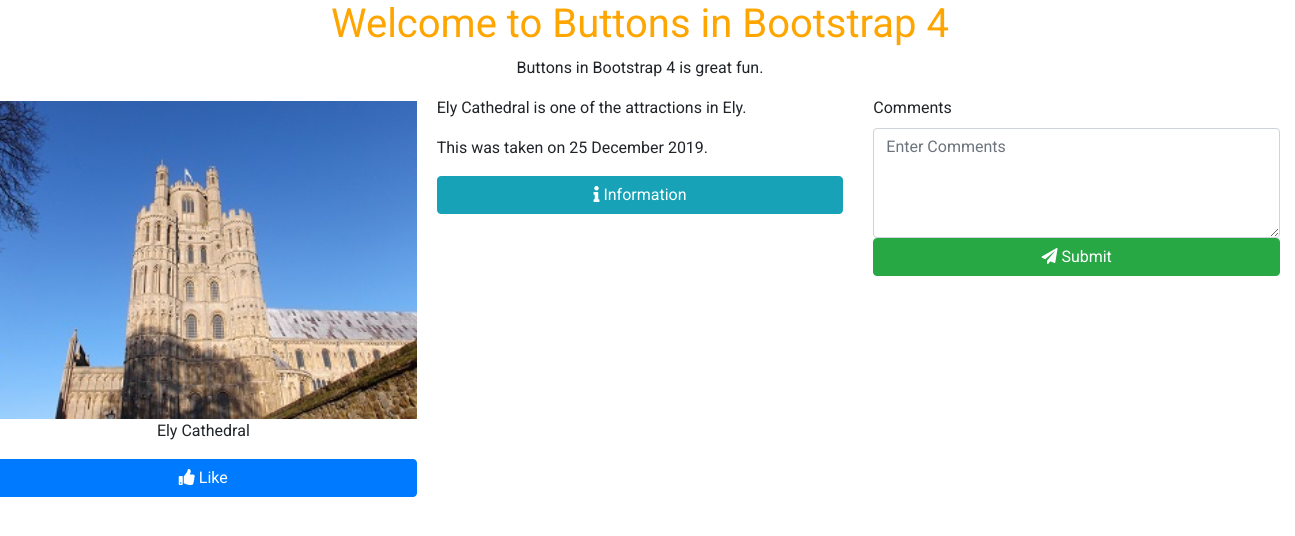
Repository: derektypist/buttons-in-bootstrap-4
Page: index.html
The author's editor kept a record of every edit. The page is drawn from the files as they stood at one moment, then again after the next edit.
The browser window is 1280 px wide. The page is 1295 px wide, so the pictures cover 1295 px, including what lies to the right of the window. The pictures show the whole page.
Some web libraries are served in a nearby version.

Above is the page before.

After the next edit:
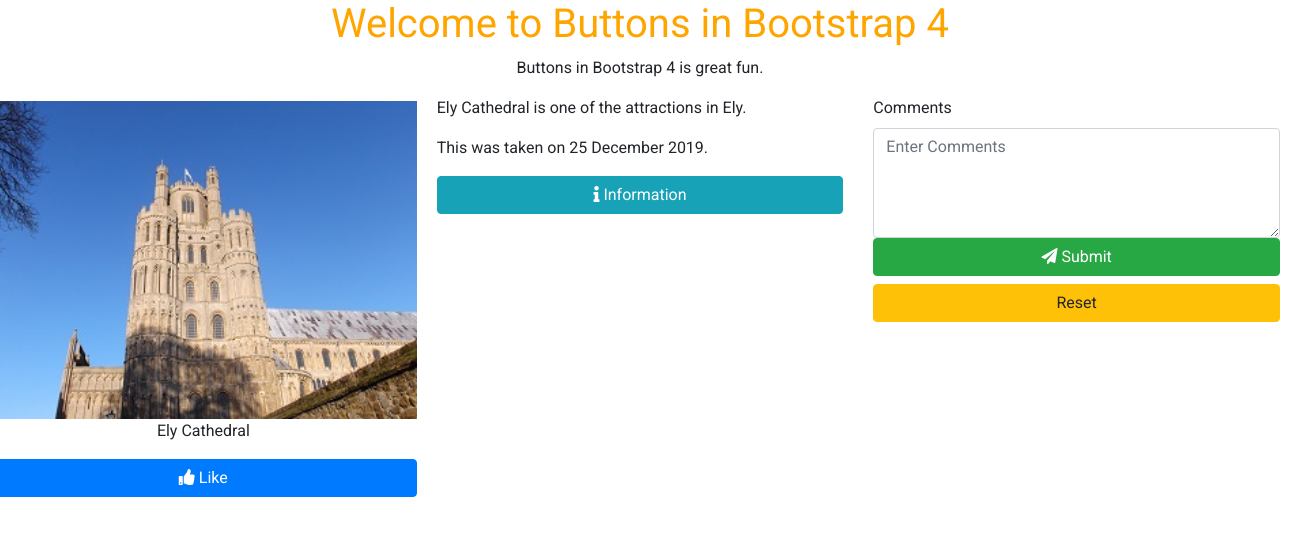
The edit:
--- a/index.html
+++ b/index.html
@@ -47,6 +47,7 @@
                     <label for="comments">Comments</label>
                     <textarea class="form-control" placeholder="Enter Comments" rows="4" id="comments"></textarea>
                     <button type="submit" class="btn btn-success btn-block"><i class="fa fa-paper-plane"></i> Submit</button>
+                    <button type="reset" class="btn btn-warning btn-block">Reset</button>
                 </form>
             </article>
         </article>
